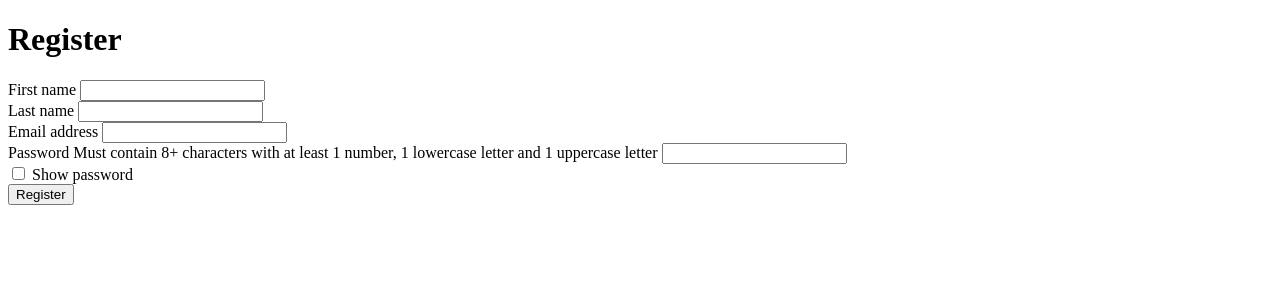
Repository: NiutaR/registrationForm
Page: index.html
The author's editor kept a copy of each file at every save. The page is drawn from the files as they stood at one save, then again after a run of saves.
The browser window is 1280 px wide. The pictures show the whole page.

Above is the page before, as saved 2021-07-28 23:04:54.

After the next 2 saves:
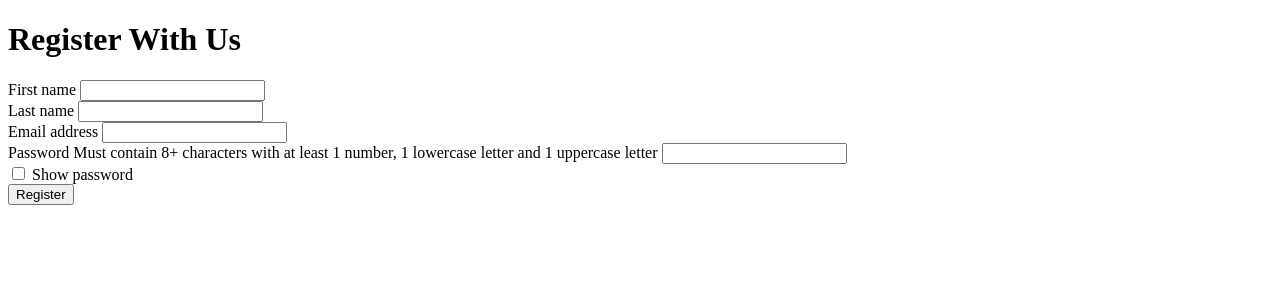
The 2 saves are shown as one change because they came seconds apart.
The last was saved 22 s later.
--- a/index.html
+++ b/index.html
@@ -12,7 +12,7 @@
 <body>
     <div class="container">
         <div class="form-wrapper">
-            <h1>Register</h1>
+            <h1>Register With Us</h1>
             <form class="form form__validate">
                 <div class="form__group">
                     <label for="firstName" class="form__label">
